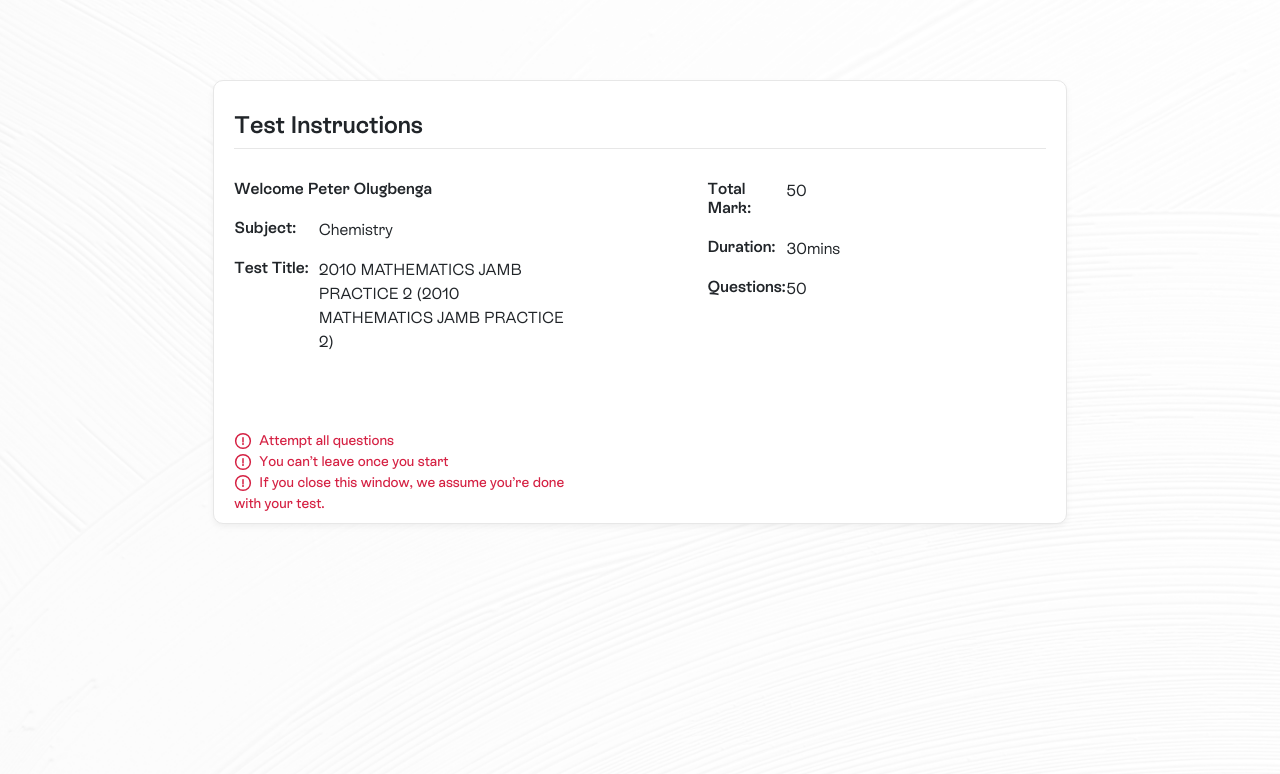
Repository: sarahnnanyelugo/educare-cbt
Page: /test-instructions
The author's editor kept a copy of each file at every save. The page is drawn from the files as they stood at one save, then again after the next save.
The browser window is 1280 px wide. The pictures show the whole page.
The project was rebuilt for these pictures with package versions that can differ from the ones it lists, and the page was loaded fresh each time. Also part of the build but not shown: src/components/Form/Form.js, src/pages/AuthenticationPage/auth.scss, src/pages/AuthenticationPage/AuthenticationPage.js, src/components/Exams/exams.scss, src/components/TestModal/test-modal.scss, src/components/TestModal/TestModal.js, src/components/Exams/Exams.js, src/TestData/examsData.js and 3 more. Imported but missing from the stored project, and not drawn on this page: src/components/Form/Password, src/components/GoogleButton/GoogleButton.

Above is the page before, as saved 2023-11-05 03:36:10.

After the next save:
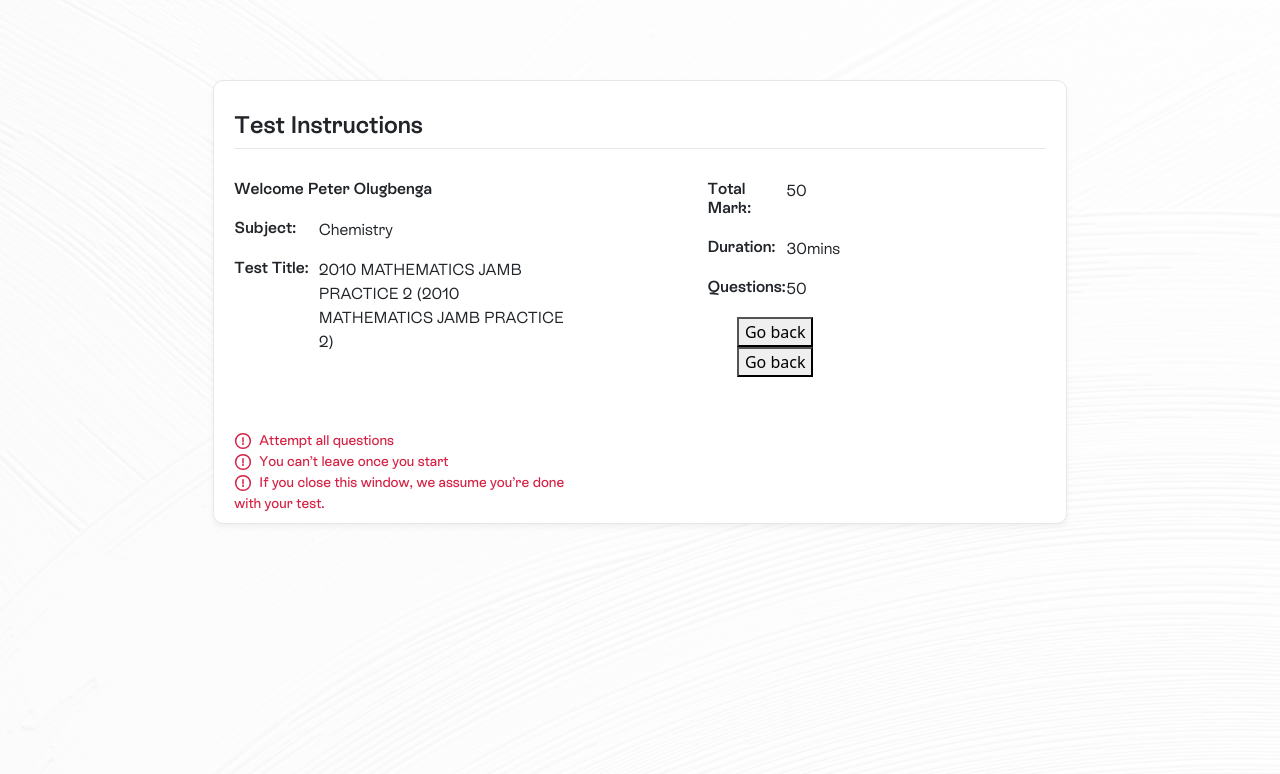
Saved 61 s later.
--- a/src/pages/TestInstructions/TestInstructions.js
+++ b/src/pages/TestInstructions/TestInstructions.js
@@ -57,6 +57,10 @@ export const TestInstructions = () => {
               <h6 className="col-md-7 ">Questions:</h6>
               <p>50</p>
             </div>
+            <center>
+              <button>Go back</button>
+              <button>Go back</button>
+            </center>
           </div>
         </div>
       </div>
